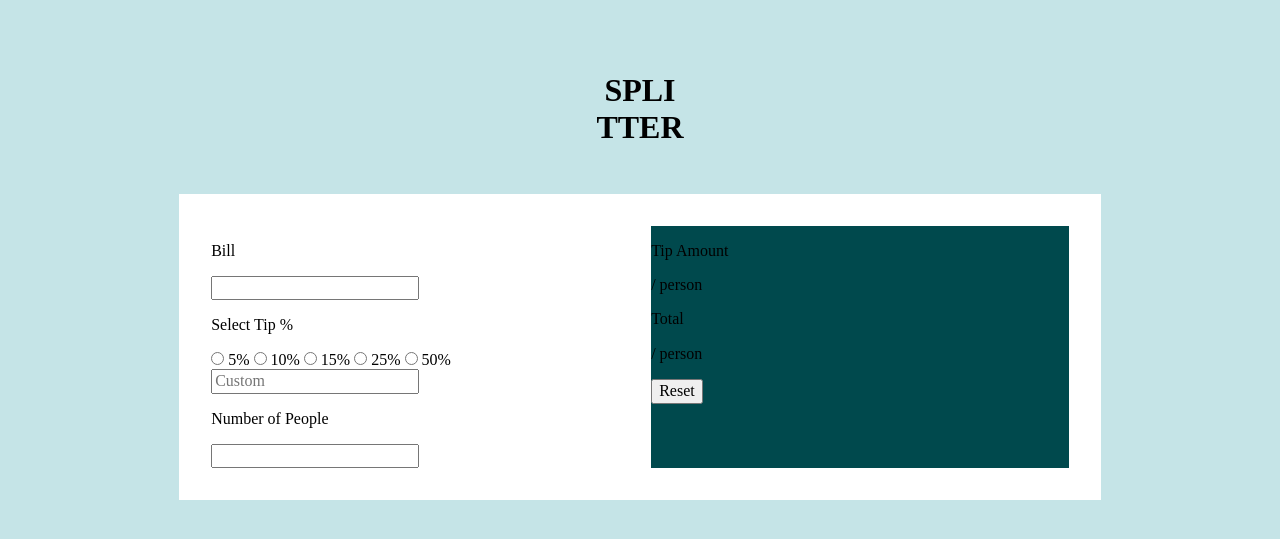
Repository: Jay-JYKim91/FM_tip-calculator
Page: index.html
The author's editor kept a copy of each file at every save. The page is drawn from the files as they stood at one save, then again after the next save.
The browser window is 1280 px wide. The pictures show the whole page.

Above is the page before, as saved 2021-12-21 12:57:10.

### index.html
<!DOCTYPE html>
<html lang="en">
<head>
  <meta charset="UTF-8">
  <meta name="viewport" content="width=device-width, initial-scale=1.0"> <!-- displays site properly based on user's device -->

  <link rel="icon" type="image/png" sizes="32x32" href="./images/favicon-32x32.png">

  <title>Tip calculator</title>
  <link rel="preconnect" href="https://fonts.googleapis.com">
  <link rel="preconnect" href="https://fonts.gstatic.com" crossorigin>
  <link href="https://fonts.googleapis.com/css2?family=Space+Mono:wght@400;700&display=swap" rel="stylesheet">
  <link rel="stylesheet" href="https://cdnjs.cloudflare.com/ajax/libs/normalize/8.0.1/normalize.min.css" integrity="sha512-NhSC1YmyruXifcj/KFRWoC561YpHpc5Jtzgvbuzx5VozKpWvQ+4nXhPdFgmx8xqexRcpAglTj9sIBWINXa8x5w==" crossorigin="anonymous" referrerpolicy="no-referrer" />
  <link rel="stylesheet" href="style.css">
  <script src="main.js" defer></script>

</head>
<body>
  <main class="container">
    <h1 class="main-title">Spli<br>tter</h1>
    <section class="calculator-wrapper">
      <article class="input-wrapper">
        <div>
          <p class="title">Bill</p>
          <input type="text">
        </div>
        <div>
          <p class="title">Select Tip %</p>
          <input type="radio" id="5%" name="percentage">
          <label for="5%">5%</label>
          <input type="radio" id="10%" name="percentage">
          <label for="10%">10%</label>
          <input type="radio" id="15%" name="percentage">
          <label for="15%">15%</label>
          <input type="radio" id="25%" name="percentage">
          <label for="25%">25%</label>
          <input type="radio" id="50%" name="percentage">
          <label for="50%">50%</label>
          <input type="text" placeholder="Custom">
        </div>
        <div>
          <p class="title">Number of People</p>
          <input type="text">
        </div>
      </article>
      <article class="result_wrapper">
        <div class="result_rows">
          <div class="result_row">
            <div class="result_title_wrapper">
              <p class="title">Tip Amount</p>
              <p class="subtitle">/ person</p>
            </div>
            <p id="tipAmountPrice"></p>
          </div>
          <div class="result_row">
            <div class="result_title_wrapper">
              <p class="title">Total</p>
              <p class="subtitle">/ person</p>
            </div>
            <p id="totalPrice"></p>
          </div>
        </div>
        <div>
          <button>Reset</button>
        </div>
      </article>
    </section>
  </main>
</body>
</html>

### style.css
:root {
  --body-font: "Space Mono", monospace;

  --strong-cyan: hsl(172, 67%, 45%);
  --very-dark-cyan: hsl(183, 100%, 15%);
  --dark-grayish-cyan: hsl(186, 14%, 43%);
  --dark-grayish-cyan: hsl(184, 14%, 56%);
  --light-grayish-cyan1: hsl(185, 41%, 84%);
  --light-grayish-cyan2: hsl(189, 41%, 97%);
  --white: hsl(0, 0%, 100%);
}
body {
  background-color: var(--light-grayish-cyan1);
}
.container {
  margin: 10vh 14vw;
}
.main-title {
  margin: 3rem;
  text-align: center;
  text-transform: uppercase;
}
.calculator-wrapper {
  background-color: var(--white);
  display: flex;
  justify-content: space-between;
  padding: 2rem;
}
.input_wrapper {
  flex-basis: 50%;
}
.result_wrapper {
  background-color: var(--very-dark-cyan);
  flex-basis: 50%;
}
/* Tablet size */
@media (min-width: 768px) and (max-width: 1023px) {
}

/* Mobile size */
@media (max-width: 767px) {
}

Loaded but not shown: main.js (empty)

After the next save:
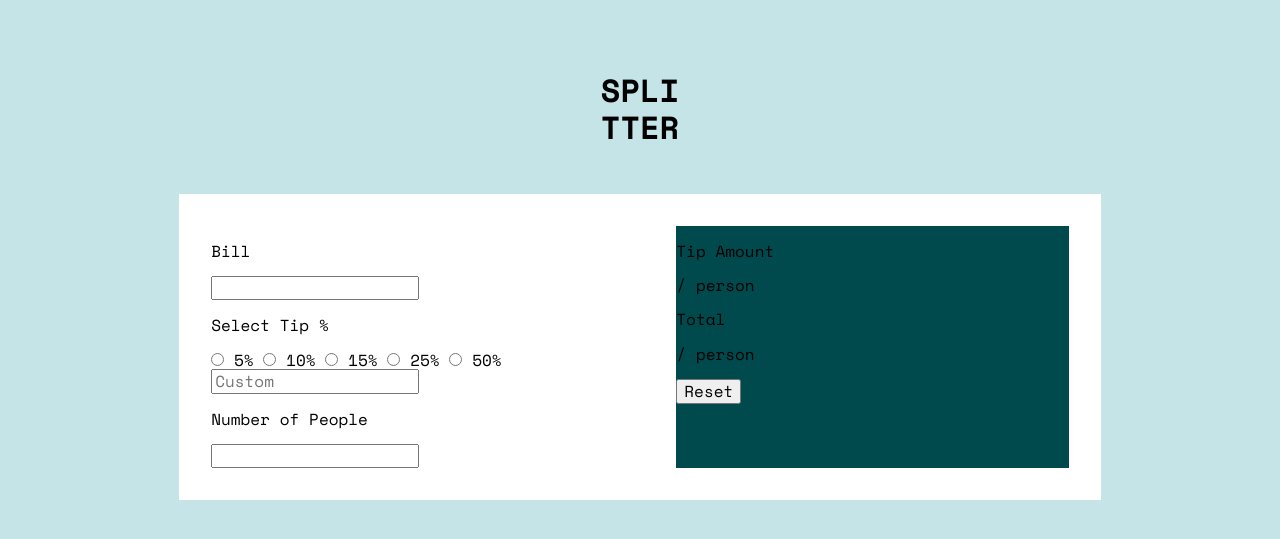
Saved 42 s later.
--- a/style.css
+++ b/style.css
@@ -11,6 +11,7 @@
 }
 body {
   background-color: var(--light-grayish-cyan1);
+  font-family: var(--body-font);
 }
 .container {
   margin: 10vh 14vw;
